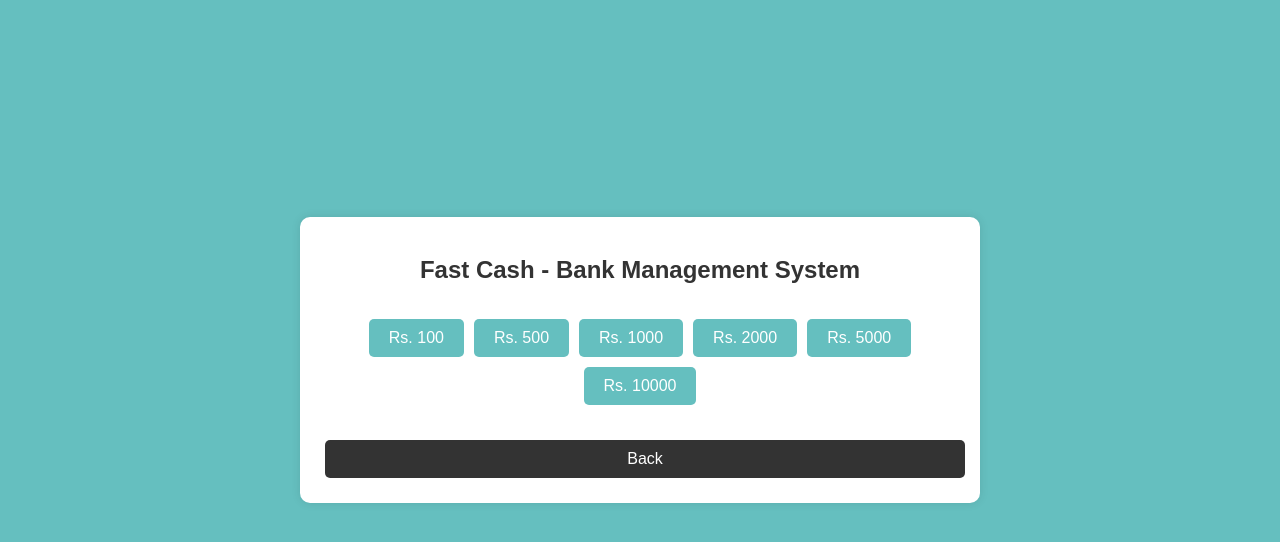
Repository: gauravraj08/bankingSystemJspServlet
Page: http://localhost/BankMangementSystem/fastCash.jsp
An editor plug-in stored every save of this project. The page is shown before and after the next save, followed by the edit.
The browser window is 1280 px wide. The pictures show the whole page.
The page is served by Tomcat 9.

Above is the page before, as saved 2024-04-19 09:50:55.

After the next save:
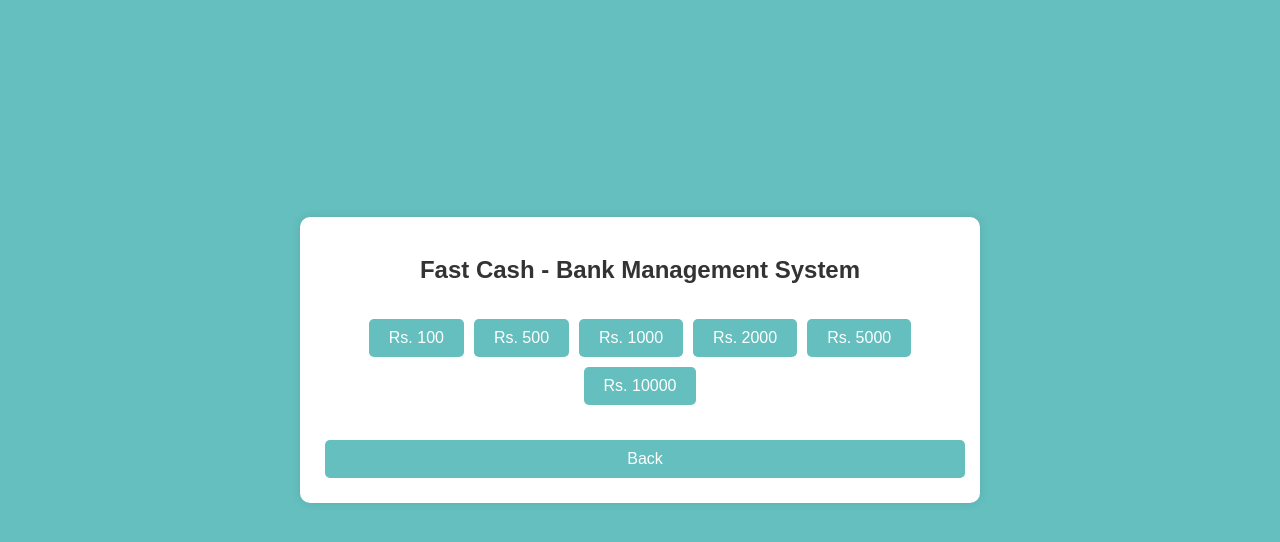
Saved 26 s later.
--- a/BankMangementSystem/src/main/webapp/fastCash.jsp
+++ b/BankMangementSystem/src/main/webapp/fastCash.jsp
@@ -56,7 +56,7 @@
         button.back-button {
             width: 100%;
             margin-top: 10px;
-            background-color: #333;
+            background-color: #65BFBF;
         }
 
         button.back-button:hover {
